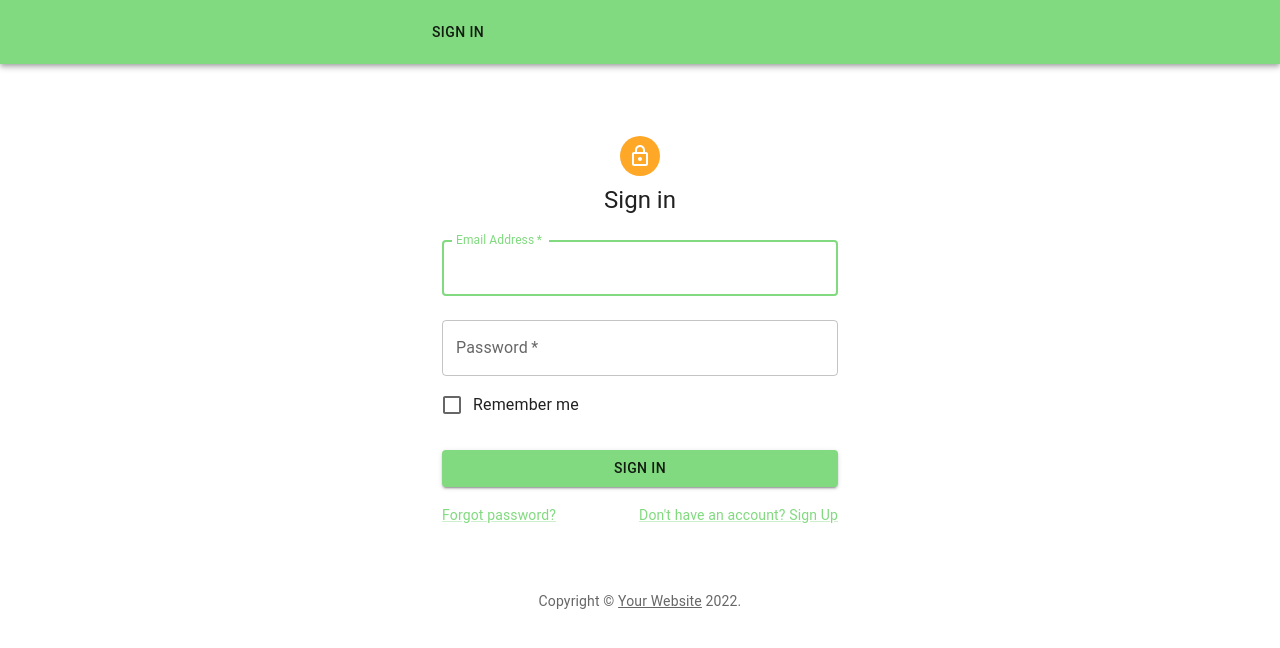
Repository: motohiro0410/motsufood
Page: /signin (app in frontend/)
An editor plug-in stored every save of this project. The page is shown before and after the next save, followed by the edit.
The browser window is 1280 px wide. The pictures show the whole page.
The project was rebuilt for these pictures with package versions that can differ from the ones it lists, and the page was loaded fresh each time. Also part of the build but not shown: frontend/src/App.css, frontend/src/components/pages/Login.tsx, frontend/src/components/organisms/Footer.tsx, frontend/src/components/organisms/MainHeader.tsx, frontend/src/components/organisms/UserDetailModal.tsx, frontend/src/components/pages/Home.tsx, frontend/src/components/pages/Money.tsx, frontend/src/components/organisms/GroupHeader.tsx and 3 more.

Above is the page before, as saved 2022-08-10 22:59:18.

### frontend/src/App.tsx
import './App.css';
import { BrowserRouter } from "react-router-dom";

import { Router } from "./router/Router";
import { ThemeProvider } from '@mui/system';
import { theme } from './theme/theme';

import { AdapterDateFns } from '@mui/x-date-pickers/AdapterDateFns';
import { LocalizationProvider } from '@mui/x-date-pickers/LocalizationProvider';
import { HeaderProvider } from "./providers/HeaderProvider"

function App() {
  return (
    <LocalizationProvider dateAdapter={AdapterDateFns}>
      <ThemeProvider theme={theme}>
        <HeaderProvider>
         <BrowserRouter>
            <Router />
          </BrowserRouter>
        </HeaderProvider>
      </ThemeProvider>
    </LocalizationProvider>


  );
}

export default App;

### frontend/src/router/Router.tsx
import { FC, memo } from "react";
import { Switch, Route } from "react-router-dom";

import { Login } from "../components/pages/Login";
import { Home } from "../components/pages/Home";
import { Money } from "../components/pages/Money";
import { Group } from "../components/pages/Group";
import { SignIn } from "../components/pages/SignIn";
import { Page404 } from "../components/pages/Page404";

import { InputFoodExpence } from "../components/pages/InputFoodExpence";

export const Router: FC = memo(() => {
  return (
    <Switch>
      <Route exact path="/">
        <Login />
      </Route>
      <Route path="/home">
        <Home />
      </Route>
      <Route path="/money">
        <Money />
      </Route>
      <Route path="/group">
        <Group />
      </Route>
      <Route path="/input">
        <InputFoodExpence />
      </Route>
      <Route path="/signIn">
        <SignIn />
      </Route>
      <Route path="*">
        <Page404 />
      </Route>
    </Switch>
  )
})

### frontend/src/theme/theme.ts
import { createTheme } from "@mui/material"

export const theme = createTheme({
  palette: {
    primary: {
      main: "#81da7f"
    }
  }
});

### frontend/src/providers/HeaderProvider.tsx
import { createContext } from "react";

export const HeaderContext = createContext<Context[]>({} as Context[]);

export type Context = {
  title: string;
}

export const HeaderProvider = (props: any) => {
  const { children } = props;
  const contextName: Context[] = [
    {title: "ホーム"},
    {title: "食費入力"},
    {title: "支払い"},
    {title: "ユーザー編集"},
  ]



  return (
    <HeaderContext.Provider value={contextName}>
      {children}
    </HeaderContext.Provider>
  )
}

### frontend/src/components/pages/SignIn.tsx
import * as React from 'react';
import Avatar from '@mui/material/Avatar';
import Button from '@mui/material/Button';
import CssBaseline from '@mui/material/CssBaseline';
import TextField from '@mui/material/TextField';
import FormControlLabel from '@mui/material/FormControlLabel';
import Checkbox from '@mui/material/Checkbox';
import Link from '@mui/material/Link';
import Grid from '@mui/material/Grid';
import Box from '@mui/material/Box';
import LockOutlinedIcon from '@mui/icons-material/LockOutlined';
import Typography from '@mui/material/Typography';
import Container from '@mui/material/Container';
// import { createTheme, ThemeProvider } from '@mui/material/styles';

import { SignInHeader } from '../organisms/SignInHeader';

function Copyright(props: any) {
  return (
    <Typography variant="body2" color="text.secondary" align="center" {...props}>
      {'Copyright © '}
      <Link color="inherit" href="https://mui.com/">
        Your Website
      </Link>{' '}
      {new Date().getFullYear()}
      {'.'}
    </Typography>
  );
}



export const SignIn = () => {
  const handleSubmit = (event: React.FormEvent<HTMLFormElement>) => {
    event.preventDefault();
    const data = new FormData(event.currentTarget);
    console.log({
      email: data.get('email'),
      password: data.get('password'),
    });
  };

  return (
    <>
    <SignInHeader />
        <Container component="main" maxWidth="xs">
          <CssBaseline />
          <Box
            sx={{
              marginTop: 8,
              display: 'flex',
              flexDirection: 'column',
              alignItems: 'center',
            }}
          >
            <Avatar sx={{ m: 1, bgcolor: '#ffa726' }}>
              <LockOutlinedIcon />
            </Avatar>
            <Typography component="h1" variant="h5">
              Sign in
            </Typography>
            <Box component="form" onSubmit={handleSubmit} noValidate sx={{ mt: 1 }}>
              <TextField
                margin="normal"
                required
                fullWidth
                id="email"
                label="Email Address"
                name="email"
                autoComplete="email"
                autoFocus
              />
              <TextField
                margin="normal"
                required
                fullWidth
                name="password"
                label="Password"
                type="password"
                id="password"
                autoComplete="current-password"
              />
              <FormControlLabel
                control={<Checkbox value="remember" color="primary" />}
                label="Remember me"
              />
              <Button
                type="submit"
                fullWidth
                variant="contained"
                sx={{ mt: 3, mb: 2 }}
              >
                sign In
              </Button>
              <Grid container>
                <Grid item xs>
                  <Link href="#" variant="body2">
                    Forgot password?
                  </Link>
                 </Grid>
                <Grid item>
                  <Link href="#" variant="body2">
                    {"Don't have an account? Sign Up"}
                  </Link>
                </Grid>
              </Grid>
            </Box>
          </Box>
          <Copyright sx={{ mt: 8, mb: 4 }} />
        </Container>
    </>
  );
}

### frontend/src/components/organisms/SignInHeader.tsx
import { FC } from "react";
import { useHistory } from 'react-router-dom';

import AppBar from '@mui/material/AppBar';
import Box from '@mui/material/Box';
import Toolbar from '@mui/material/Toolbar';
import Button from '@mui/material/Button';

export const SignInHeader: FC = () => {
  const history = useHistory();
  const onClickSignIn = () => history.push("/signIn")

  return (
    <Box>
      <AppBar position="static" >
        <Toolbar sx={{ ml: 50 }}>
          <Button variant="text" color="inherit" onClick={onClickSignIn}>Sign in</Button>
        </Toolbar>
      </AppBar>
    </Box>
  )
}

Loaded but not shown: frontend/public/index.html (common file); frontend/src/index.tsx (common file); frontend/src/index.css (common file); frontend/src/reportWebVitals.ts (common file)

After the next save:
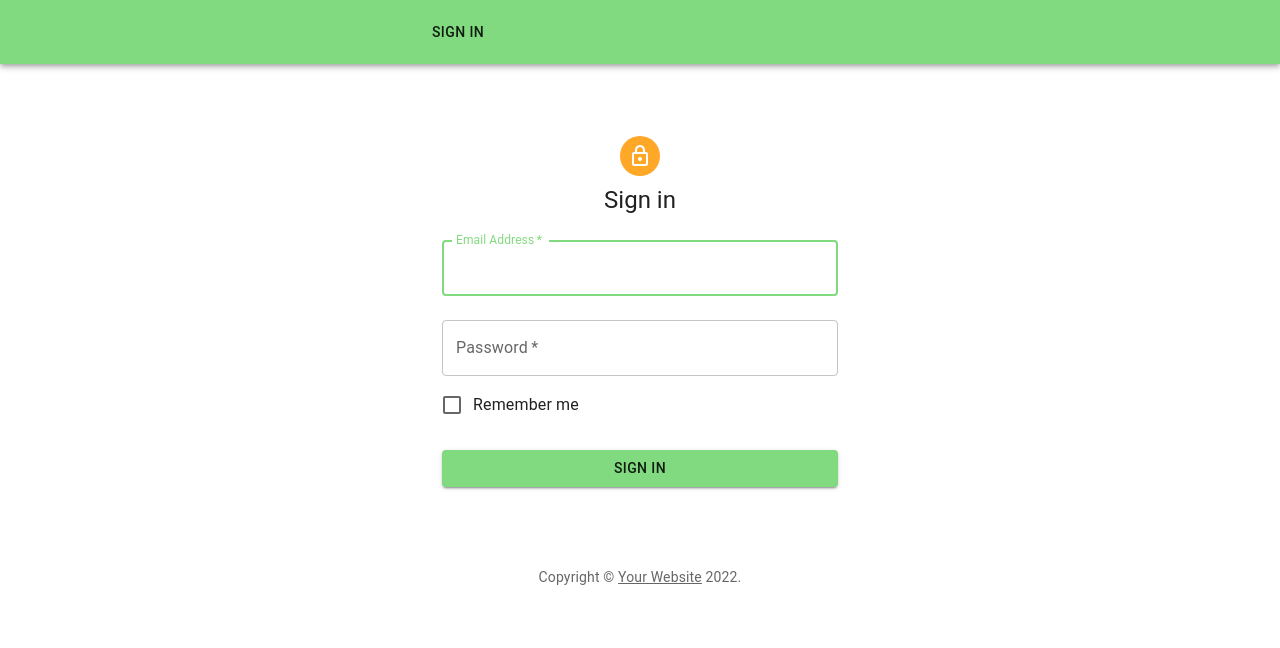
Saved 49 s later.
--- a/frontend/src/components/pages/SignIn.tsx
+++ b/frontend/src/components/pages/SignIn.tsx
@@ -92,18 +92,6 @@ export const SignIn = () => {
               >
                 sign In
               </Button>
-              <Grid container>
-                <Grid item xs>
-                  <Link href="#" variant="body2">
-                    Forgot password?
-                  </Link>
-                 </Grid>
-                <Grid item>
-                  <Link href="#" variant="body2">
-                    {"Don't have an account? Sign Up"}
-                  </Link>
-                </Grid>
-              </Grid>
             </Box>
           </Box>
           <Copyright sx={{ mt: 8, mb: 4 }} />
